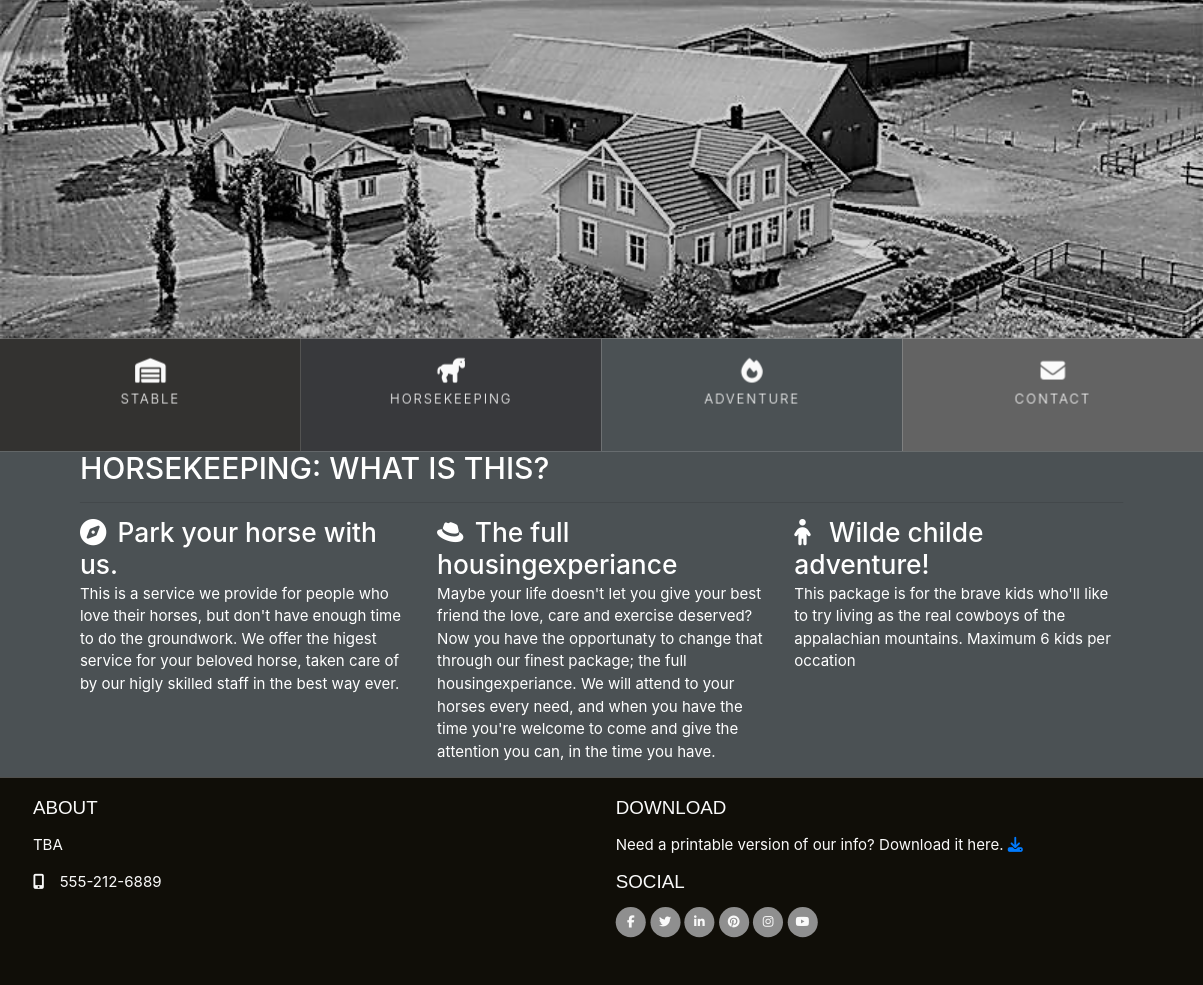
Repository: Jadehammar/frontendmilestone
Page: horsekeeping.html
The author's editor kept a record of every edit. The page is drawn from the files as they stood at one moment, then again after the next edit.
The browser window is 1280 px wide. The pictures show the whole page, at 94% of full size.
Backgrounds fixed to the window are drawn as part of the page. Some web libraries are served in a nearby version.

Above is the page before.

### horsekeeping.html
<!DOCTYPE html>
<html lang="en">

<head>
    <meta charset="UTF-8">
    <meta name="viewport" content="width=device-width, initial-scale=1.0">
    <meta http-equiv="X-UA-Compatible" content="ie=edge">
    <link rel="stylesheet" href="https://stackpath.bootstrapcdn.com/font-awesome/4.7.0/css/font-awesome.min.css" type="text/css" />
    <link rel="stylesheet" href="https://cdnjs.cloudflare.com/ajax/libs/hover.css/2.3.1/css/hover-min.css" type="text/css" />
    <link rel="stylesheet" href="https://stackpath.bootstrapcdn.com/bootstrap/4.3.1/css/bootstrap.min.css" type="text/css" />
    <link rel="stylesheet" href="assets/css/style.css" type="text/css" />
    <title>Ridingschool, Horsekeeping</title>
</head>

<body>
    <header>
        <div class="row no-gutters">
            <a href="horsekeeping.html" class="col-12 logo"></a>
            <div class="col-md-12">
                <div class="row no-gutters">
                    <div class="col">
                        <ul id="nav" class="list-inline menucontainer">
                            <li class="col-6 col-sm-3 ui-menue-color-home list-inline-item menueitem">
                                <a href="stable.html" class="hvr-bounce-to-bottom"><i class="fa fa-warehouse" aria-hidden="true"></i><span>Stable</span></a>
                            </li>
                            <li class="col-6 col-sm-3 ui-menue-color-resume list-inline-item menueitem">
                                <a href="horsekeeping.html" class="hvr-bounce-to-bottom"><i class="fa fa-horse" aria-hidden="true"></i><span>Horsekeeping</span></a>
                            </li>
                            <li class="col-6 col-sm-3 ui-menue-color-contact list-inline-item menueitem">
                                <a href="adventure.html" class="hvr-bounce-to-bottom"><i class="fa fa-fire" aria-hidden="true"></i><span>Adventure</span></a>
                            </li>
                            <li class="col-6 col-sm-3 ui-menue-color-download list-inline-item menueitem">
                                <a href="contact.html" class="hvr-bounce-to-bottom"><i class="fa fa-envelope" aria-hidden="true"></i><span>contact</span></a>
                            </li>

                        </ul>
                    </div>
                </div>
            </div>
        </div>
    </header>
    <div class="container-wrapper container-wrapper--red">
        <div class="container features-container content-container">
            <section class="features">
                <div class="row">
                    <div class="col-12 page-header">
                        <h2 class="text-uppercase">Horsekeeping: What is this?</h2>
                        <hr class="block-divider block-divider--short block-divider--white">
                    </div>
                </div>
                <div class="row">
                    <div class="col-12 col-md-6 col-lg-4">
                        <div class="feature">
                            <h3><i class="fas fa-compass" style="padding-right: 12px;">
                            </i>Park your horse with us.</h3>
                            <p>This is a service we provide for people who love their horses, but don't have enough time to do the groundwork.
                            We offer the higest service for your beloved horse, taken care of by our higly skilled staff in the best way ever.</p>
                        </div>
                    </div>
                    <div class="col-12 col-md-6 col-lg-4">
                        <div class="feature">
                            <h3><i class="fab fa-redhat" style="padding-right: 12px;">
                            </i>The full housingexperiance</h3>
                            <p>Maybe your life doesn't let you give your best friend the love, care and exercise deserved?
                            Now you have the opportunaty to change that through our finest package; the full housingexperiance.
                            We will attend to your horses every need, and when you have the time you're
                            welcome to come and give the attention you can, in the time you have.</p>
                        </div>
                    </div>
                    <div class="col-12 d-md-none d-lg-block col-lg-4">
                        <div class="feature">
                            <h3><i class="fas fa-child" style="padding-right: 12px;"></i> Wilde childe adventure!</h3>
                            <p>This package is for the brave kids who'll like to try living as the real cowboys of the appalachian mountains. Maximum 6 kids per occation</p>
                        </div>
                    </div>
                </div>
            </section>
        </div>
    </div>
    <footer class="container-fluid">
        <div id="footer-details" class="row">
            <div class="col-sm-6">
                <h5 class="uppercase general-sub">About</h5>
                <p class="inline-block">
                    TBA
                </p>
            </div>
            <div class="col-sm-6">
                <h5 class="uppercase general-sub">Download</h5>
                <p class="inline-block">
                    Need a printable version of our info? Download it here.
                    <a href="assets/info.pdf" taraget="_blank" class="info-pdf">
                        <i class="fa fa-download" aria-hidden="true"></i>
                        <span class="sr-only">Download link.</span>
                    </a>
                </p>
            </div>
            <div class="col-sm-6">
                <i class="fa fa-mobile" aria-hidden="true" style="padding-right: 12px;"></i>
                <p class="inline-block"> 555-212-6889
                    <span class="sr-only">Phone.</span>
                    </a>
                </p>
            </div>
            <div class="col-sm-4">
                <h5 class="uppercase general-sub">social</h5>
                <ul class="list-inline social-links">
                    <li class="list-inline-item">
                        <a target="_blank" href="#">
                            <i class="fab fa-facebook-f" aria-hidden="true"></i>
                            <span class="sr-only">Facebook</span>
                        </a>
                    </li>
                    <li class="list-inline-item">
                        <a target="_blank" href="#">
                            <i class="fab fa-twitter" aria-hidden="true"></i>
                            <span class="sr-only">Twitter</span>
                        </a>
                    </li>
                    <li class="list-inline-item">
                        <a target="_blank" href="#">
                            <i class="fab fa-linkedin-in" aria-hidden="true"></i>
                            <span class="sr-only">LinkedIn</span>
                        </a>
                    </li>
                    <li class="list-inline-item">
                        <a target="_blank" href="#">
                            <i class="fab fa-pinterest" aria-hidden="true"></i>
                            <span class="sr-only">Pinterest</span>
                        </a>
                    </li>
                    <li class="list-inline-item">
                        <a target="_blank" href="#">
                            <i class="fab fa-instagram" aria-hidden="true"></i>
                            <span class="sr-only">Instagram</span>
                        </a>
                    </li>
                    <li class="list-inline-item">
                        <a target="_blank" href="#">
                            <i class="fab fa-youtube" aria-hidden="true"></i>
                            <span class="sr-only">YouTube</span>
                        </a>
                    </li>
                </ul>
            </div>
        </div>
    </footer>
    <script src="https://kit.fontawesome.com/d636ceede3.js"></script>
</body>

</html>

### assets/css/style.css
@import url('https://fonts.googleapis.com/css?family=Roboto:100,200,300,400,500,600,700│exo:100,200,300,400,500,600,700');

/*---------------------------------------------color-------------------------------------*/

.container-wrapper {
    background-color: #38393c;
    color: white;
}

.container-wrapper--red {
    background-color: #4b5154;
    color: white;
}

.feature {
    color: #fff;
}

.bg-color-name-title {
    background-color: #676767;
}

.bg-color-three-reasons {
    background-color: #333230;
    color: #fff;
    font-weight: 100;
}

.bg-color-personal-info {
    background-color: #f4f4f4;
}

.ui-menue-color-home {
    background-color: #333230;

}

.ui-menue-color-resume {
    background-color: #38393c;

}

.ui-menue-color-contact {
    background-color: #4b5154;

}

.ui-menue-color-download {
    background-color: #4e4e4ee0;

}

.bg-color-work-history {
    background-color: #646464;
}

.bg-color-contact {
    background-color: #646464;

}

/*---------------------------------------------Special padding/margins/text-------------------------------------*/

h1,
h2,
h3,
h4,
h5 {
    margin: 0;
}

.uppercase {
    text-transform: uppercase;
    color: #fff;
}

.general-sub {
    font-family: "Exo", sans-serif;
    font-weight: 200;
    color: #fafafa;
    padding-bottom: 15px;
}

.inline-block {
    display: inline-block;
}

.row-table {
    display: table;
}

.section-column {
    display: table-cell;
    padding: 0 30px 30px;
    float: none;
}

.history-heading,
.section-heading {
    font-family: "Exo", sans-serif;
    font-weight: 200;
    margin-bottom: 40px;
    margin-top: 25px;
}

/*---------------------------------------------Heading-------------------------------------*/

header {
    margin: 0;
}

.heading {
    margin-left: 50px;

}

.logo-stable {
    background: url("../images/gård på avstånd.jpg");
    background-position: center;
    background-repeat: no-repeat;
    background-size: cover;
    min-height: 360px;
    transition: all .75s ease-in-out;
    -moz-transition: all .75s ease-in-out;
    -webkit-transition: all .75s ease-in-out;
    -o-transition: all .75s ease-in-out;
}

.logo {
    background: url("../images/Varberg-intro-800x418_bw.jpg.jpg") no-repeat bottom right fixed;
    background-position: center;
    background-repeat: no-repeat;
    background-size: cover;
    min-height: 360px;
    transition: all .75s ease-in-out;
    -moz-transition: all .75s ease-in-out;
    -webkit-transition: all .75s ease-in-out;
    -o-transition: all .75s ease-in-out;
}

.name {
    font-family: "Exo" sans-serif;
    font-weight: 100;
    font-size: 46px;
    margin-top: 50px;
    color: #fff;
}

.title {
    font-family: "Roboto" sans-serif;
    font-weight: 200;
    font-size: 28px;
    margin-top: 20px;
    margin-bottom: 90px;
    color: #fff;
}

.list-inline-item:not(:last-child) {
    margin: 0;
}

.menucontainer {
    font-size: 0;
}

#nav li {
    font-size: 14px;
    padding: 0;
}

#nav {
    margin: 0;
}

.menueitem {
    height: 120px;
    text-align: center;
    padding: 0;
}

.menueitem a {
    width: 100%;
    text-decoration: none;
    color: #fff;
    height: 120px;
}

.menueitem a i {
    padding-top: 22px;
    display: block;
    color: #fafafa;
    font-size: 26px;
}

.menueitem span {
    display: block;
    width: 100%;
    padding-top: 5px;
    text-align: center;
    text-transform: uppercase;
    font-size: 14px;
    font-weight: 300;
    letter-spacing: 2px;
}


/*---------------------------------------------Hover.css-------------------------------------*/

.hvr-bounce-to-bottom:before {
    background: rgba(0, 0, 0, 0.2);
    height: 120px;
}

/*---------------------------------------------Footer-------------------------------------*/

footer {
    background-color: #100e08;
    color: #fafafa;
    min-height: 120px;
    margin: 0;
}

.cv-info i {
    font-size: 18px;
    color: #fff;
    text-align: center;
    padding-left: 5px;
    transition: all 0.35s ease-in-out;
    -moz-transition: all 0.35s ease-in-out;
    -webkit-transition: all 0.35s ease-in-out;
    -o-transition: all 0.35 ease-in-out;
}

.cv-info i:hover {
    color: #29ca4d;
    font-size: 19px;
}

.social-links {
    padding-bottom: 15px;
}


.social-links li a i {
    width: 32px;
    height: 32px;
    padding: 12px 0;
    border-radius: 50%;
    font-size: 13px;
    line-height: 7px;
    text-align: center;
    color: #fafafa;
    background: #8f8f8f;
    transition: all 0.35s ease-in-out;
    -moz-transition: all 0.35s ease-in-out;
    -webkit-transition: all 0.35s ease-in-out;
    -o-transition: all 0.35 ease-in-out;
}

.social-links li a i:hover {
    background: #e84610;
}

#footer-details {
    padding: 20px;
}

/*---------------------------------------------Three reasons-------------------------------------*/

.three-reasons-icon {
    font-size: 26px;
    color: #e67e22;
}

.three-reasons-heading {
    margin-bottom: 15px;
}

/*---------------------------------------------Personal info-------------------------------------*/

.personal-info-item {
    margin-bottom: 20px;
    display: block;
    clear: both;

}

.personal-info-item .key,
.personal-info-item .value {
    padding-right: 8px;
    display: inline-block;
}

.personal-info-item .key p,
.personal-info-item .value p {
    margin: 0;
}

.personal-info-item .key {
    width: 30%;
    margin-right: 21px;
    padding-top: 2px;
    vertical-align: top;

}

.personal-info-item .key p {
    font-weight: 700;
}

.personal-info-item .value {
    position: relative;
    width: 60%;

}

/*---------------------------------------------Contact-form-------------------------------------*/

.contact-heading {
    font-family: "Exo", sans-serif;
    font-weight: 300;
    margin-top: 25px;
    margin-bottom: 20px;
    color: #fff;
}

.center-form {
    padding-top: 10px;
    margin: 0 auto;
    max-width: 70%;
}

button [type="submit"] {
    margin: 20px 20px 20px 20px;
    background-color: #e84610;
}

.btn-secondary {
    margin: 20px;
    background-color: #363a3e;
    border-color: #6a6a6b;
}


/*---------------------------------------------Media-query-------------------------------------*/

@media(min-width: 992px) {
    .center-form {
        padding-top: 30px;
        min-height: 240;
        margin: 0 auto;
        max-width: 50%;
    }
}

After the next edit:
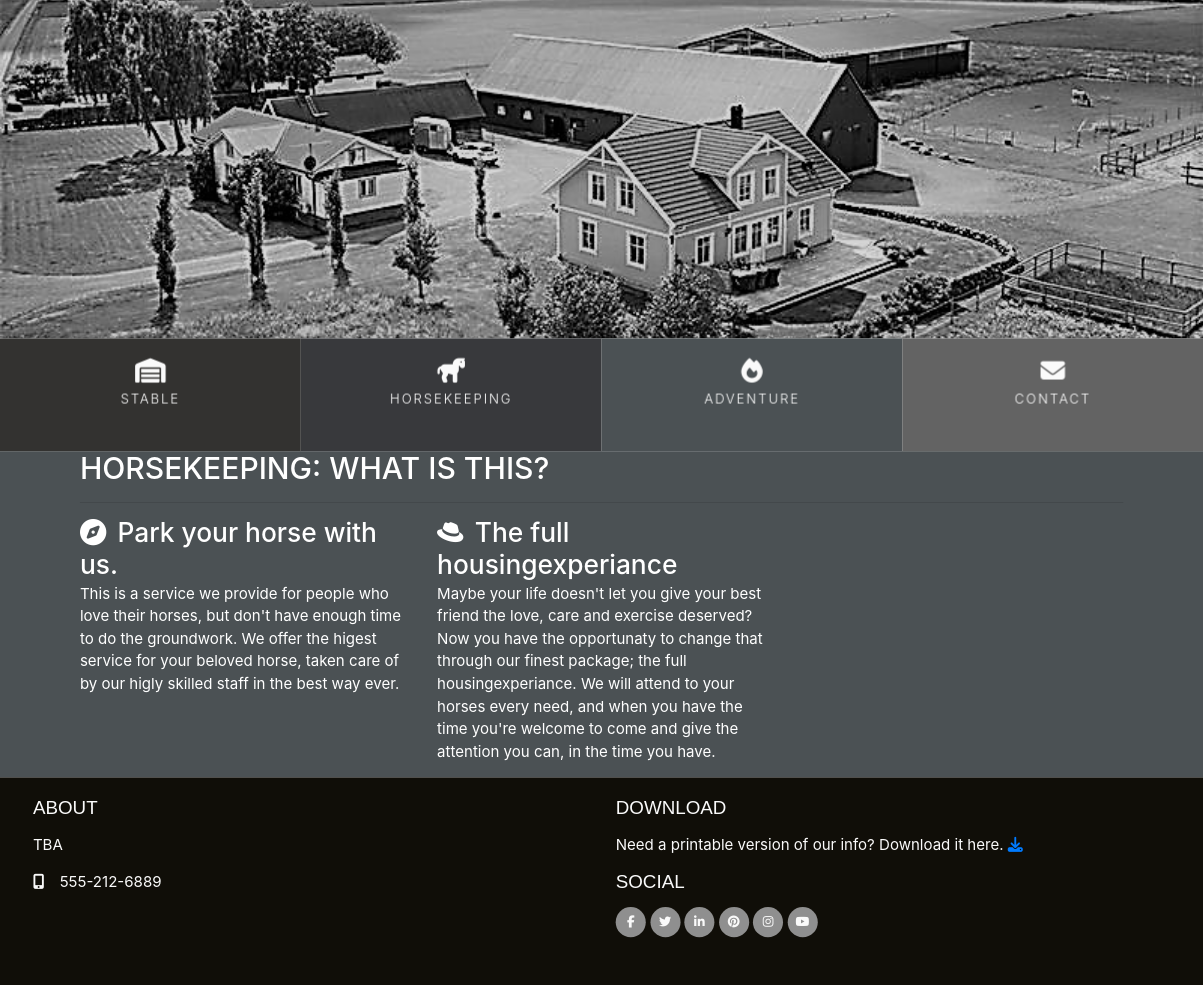
The edit:
--- a/horsekeeping.html
+++ b/horsekeeping.html
@@ -65,12 +65,6 @@
                             Now you have the opportunaty to change that through our finest package; the full housingexperiance.
                             We will attend to your horses every need, and when you have the time you're
                             welcome to come and give the attention you can, in the time you have.</p>
-                        </div>
-                    </div>
-                    <div class="col-12 d-md-none d-lg-block col-lg-4">
-                        <div class="feature">
-                            <h3><i class="fas fa-child" style="padding-right: 12px;"></i> Wilde childe adventure!</h3>
-                            <p>This package is for the brave kids who'll like to try living as the real cowboys of the appalachian mountains. Maximum 6 kids per occation</p>
                         </div>
                     </div>
                 </div>
